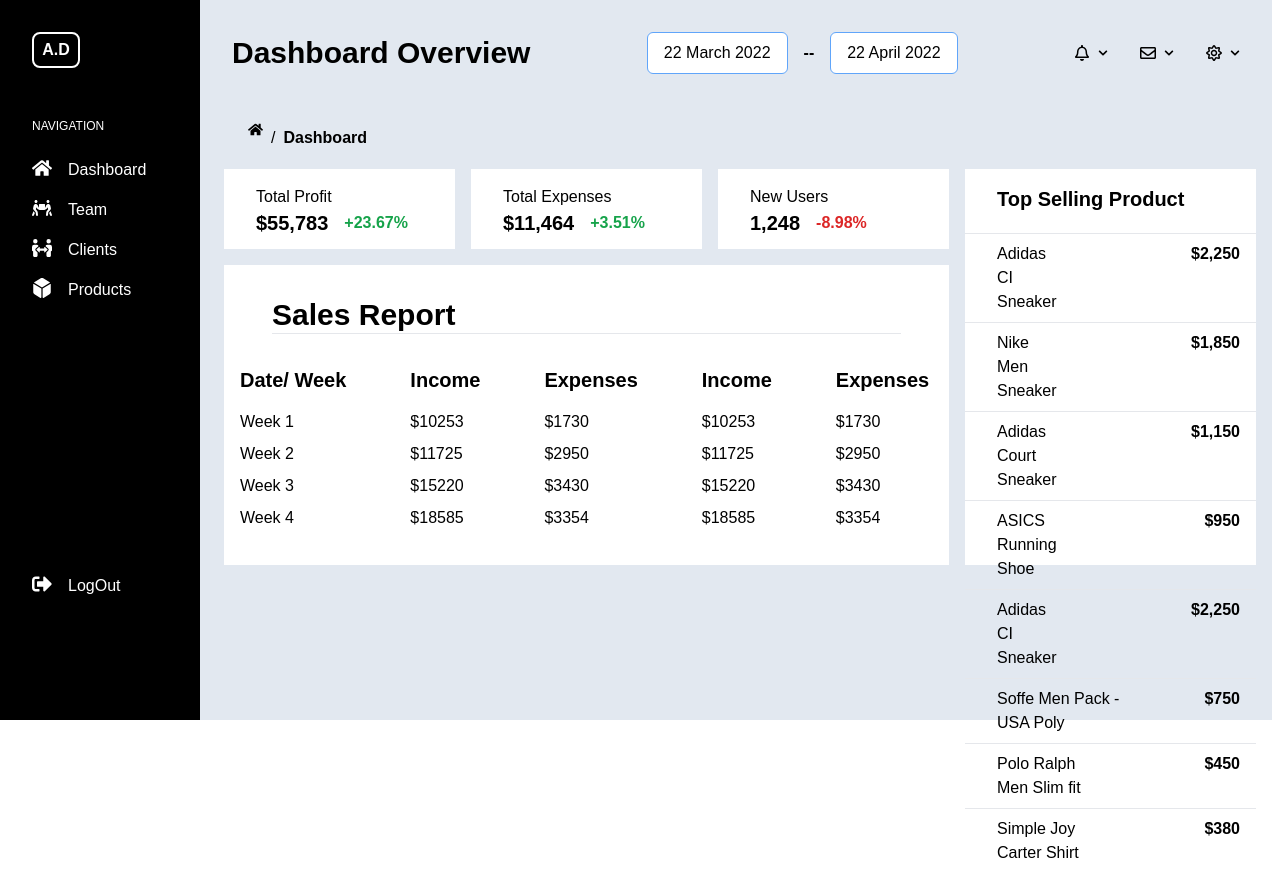
Repository: AngusOnyebuchi/Dashboard
Page: /dashboard
The author's editor kept a copy of each file at every save. The page is drawn from the files as they stood at one save, then again after the next save.
The browser window is 1280 px wide. The pictures show the whole page.
The page's requests for data from a server got no answer. The project was rebuilt for these pictures with package versions that can differ from the ones it lists, and the page was loaded fresh each time. No one was signed in, and anything a server would have sent is missing. Also part of the build but not shown: src/components/Login.js, src/components/Register.js, src/components/Team.js, src/components/Clients.js, src/components/Products.js.

Above is the page before, as saved 2022-05-26 16:35:32.

After the next save:
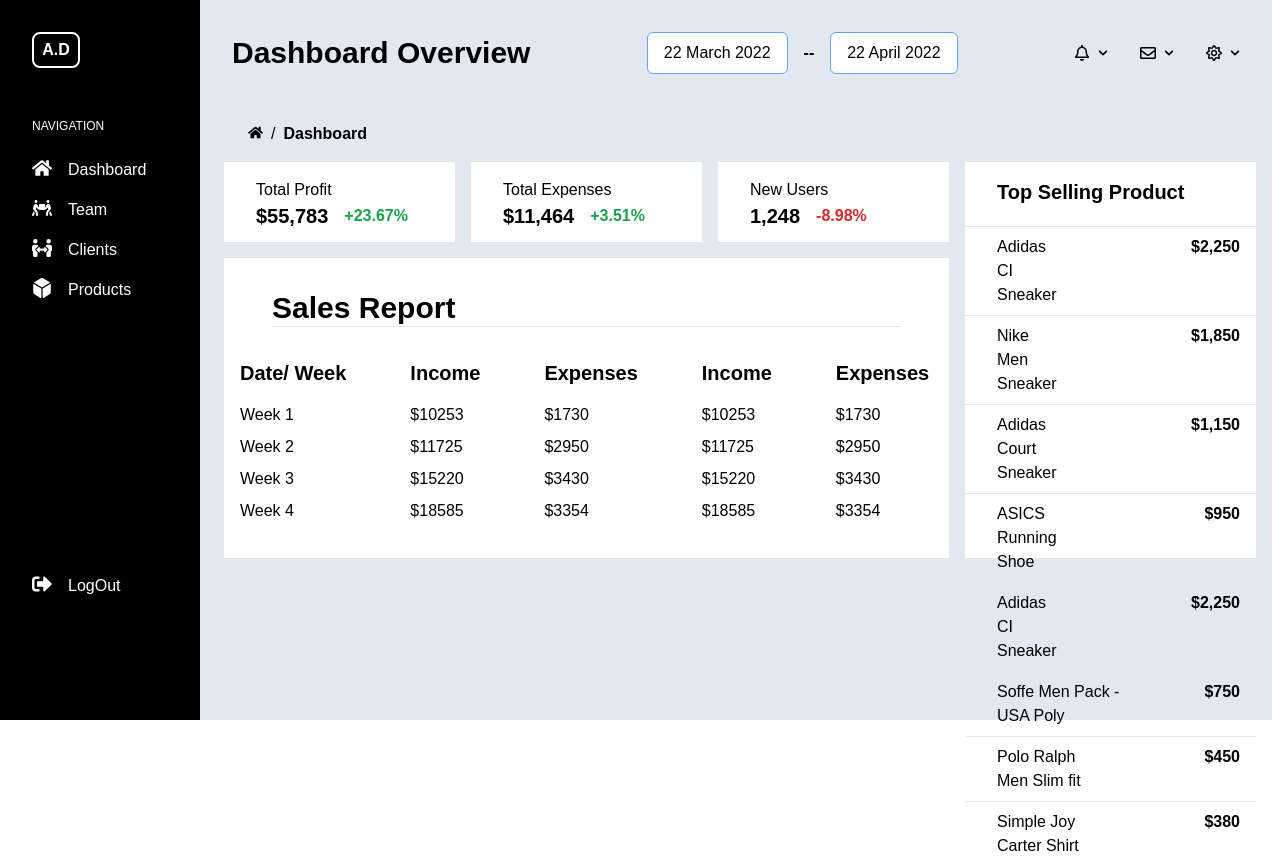
Saved 7 s later.
--- a/src/components/Home.js
+++ b/src/components/Home.js
@@ -41,7 +41,7 @@ export default function Home() {
       </div>
 
       <div className='text-black ml-56 mt-8 flex gap-2 items-center text-center'>
-        <FaHome size={15} className='mb-4'/>
+        <FaHome size={15} className='mb-1'/>
         <p>/</p>
         <p className='font-semibold'>Dashboard</p>
       </div>
